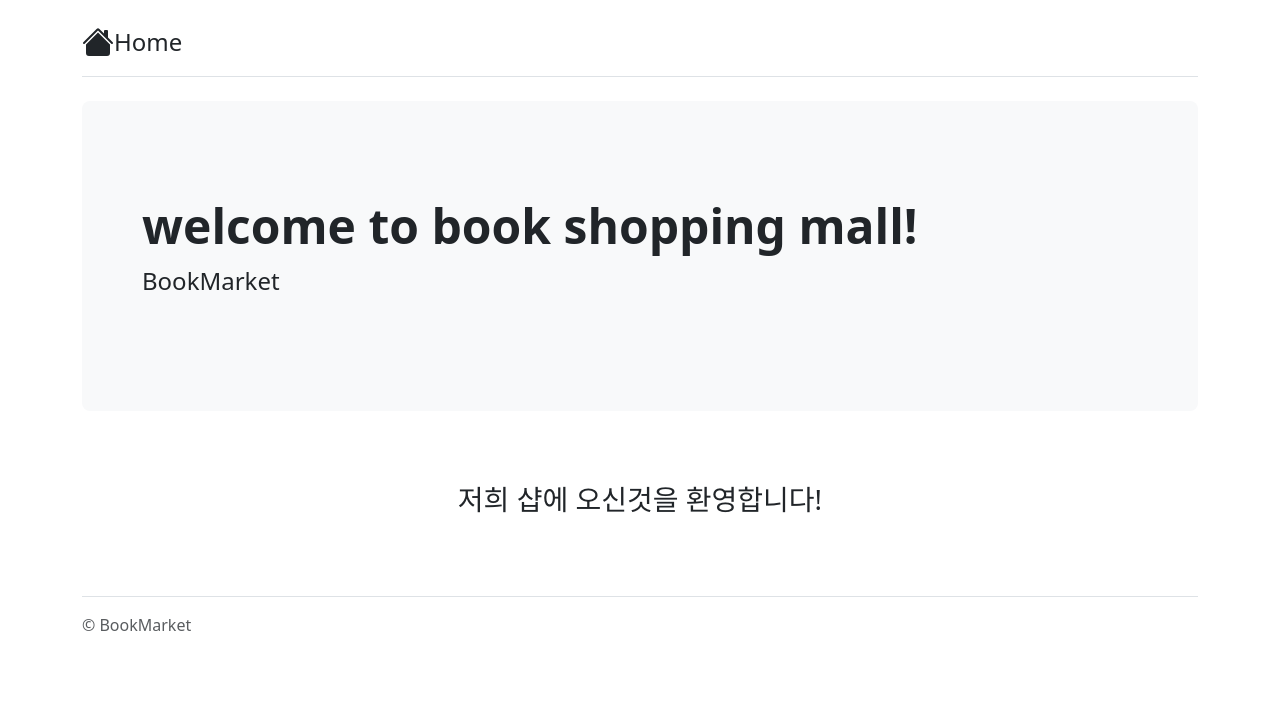
Repository: soieu/newdeal
Page: http://localhost/BookMarket/
These files come from the project's save history. The page is drawn as it stood at one moment and after the next save; the edit follows.
The browser window is 1280 px wide. The pictures show the whole page.
The page is served by Tomcat 9.

Above is the page before, as saved 2024-06-10 07:21:46.

After the next save:
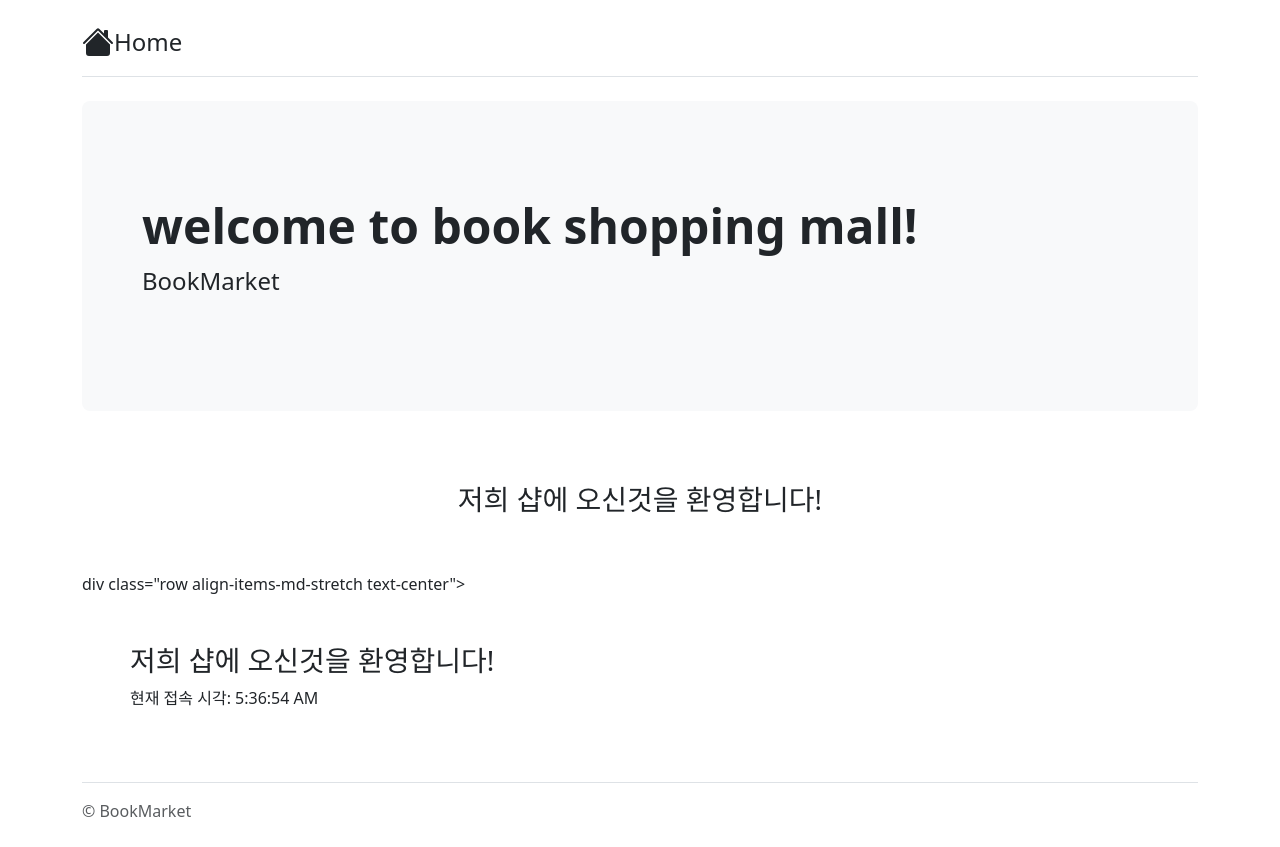
Saved 3 min 10 s later.
--- a/eclipse-workspace/BookMarket/src/main/webapp/index.jsp
+++ b/eclipse-workspace/BookMarket/src/main/webapp/index.jsp
@@ -37,6 +37,27 @@
         </div>
       </div>
     </div>
+    div class="row align-items-md-stretch   text-center">
+      <div class="col-md-12">
+        <div class="h-100 p-5">
+          <h3><%=tagline%></h3>
+          <%
+            Date day = new java.util.Date();
+            String am_pm;
+            int hour = day.getHours();
+            int minute = day.getMinutes();
+            int second = day.getSeconds();
+            if (hour / 12 == 0) {
+               am_pm = "AM";
+            } else {
+               am_pm = "PM";
+               hour = hour - 12;
+            }
+            String CT = hour + ":" + minute + ":" + second + " " + am_pm;
+            out.println("현재 접속  시각: " + CT + "\n");
+         %>
+        </div>
+      </div>
     <%@ include file="footer.jsp" %>
     <%--
     <footer class="pt-3 mt-4 text-body-secondary border-top">

After the save that followed:
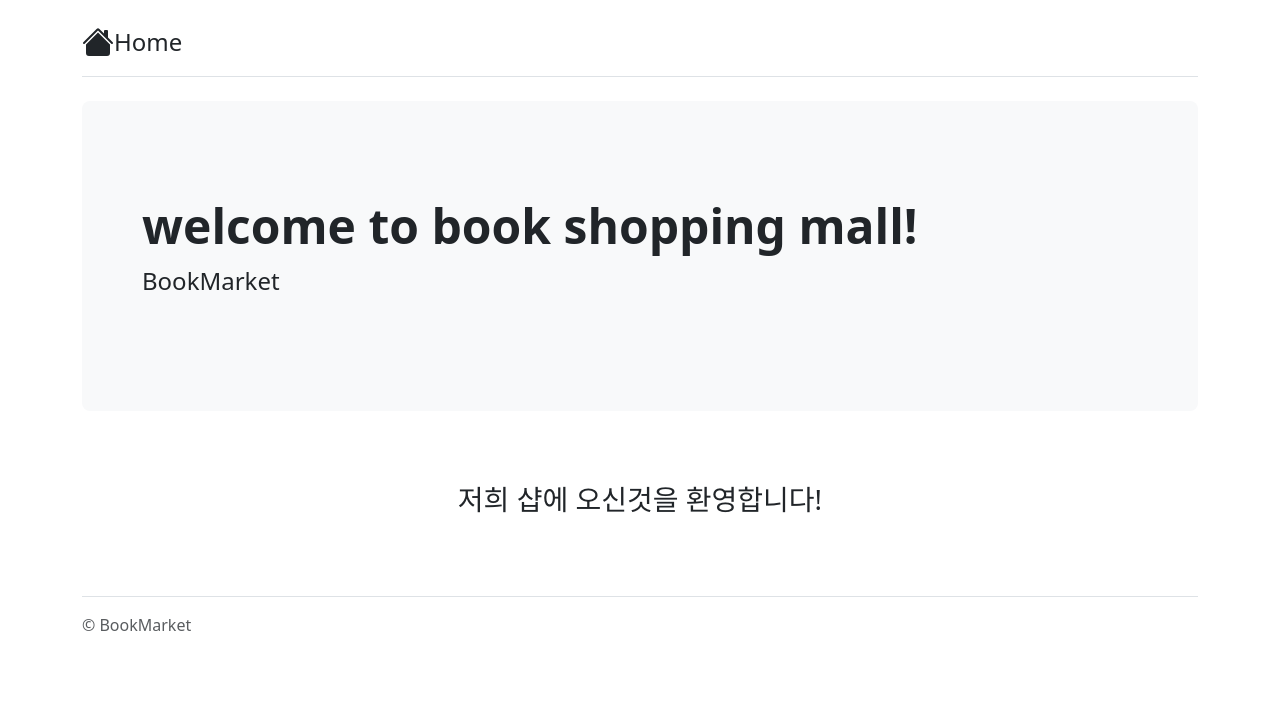
Saved 18 s later.
--- a/eclipse-workspace/BookMarket/src/main/webapp/index.jsp
+++ b/eclipse-workspace/BookMarket/src/main/webapp/index.jsp
@@ -37,27 +37,7 @@
         </div>
       </div>
     </div>
-    div class="row align-items-md-stretch   text-center">
-      <div class="col-md-12">
-        <div class="h-100 p-5">
-          <h3><%=tagline%></h3>
-          <%
-            Date day = new java.util.Date();
-            String am_pm;
-            int hour = day.getHours();
-            int minute = day.getMinutes();
-            int second = day.getSeconds();
-            if (hour / 12 == 0) {
-               am_pm = "AM";
-            } else {
-               am_pm = "PM";
-               hour = hour - 12;
-            }
-            String CT = hour + ":" + minute + ":" + second + " " + am_pm;
-            out.println("현재 접속  시각: " + CT + "\n");
-         %>
-        </div>
-      </div>
+
     <%@ include file="footer.jsp" %>
     <%--
     <footer class="pt-3 mt-4 text-body-secondary border-top">
